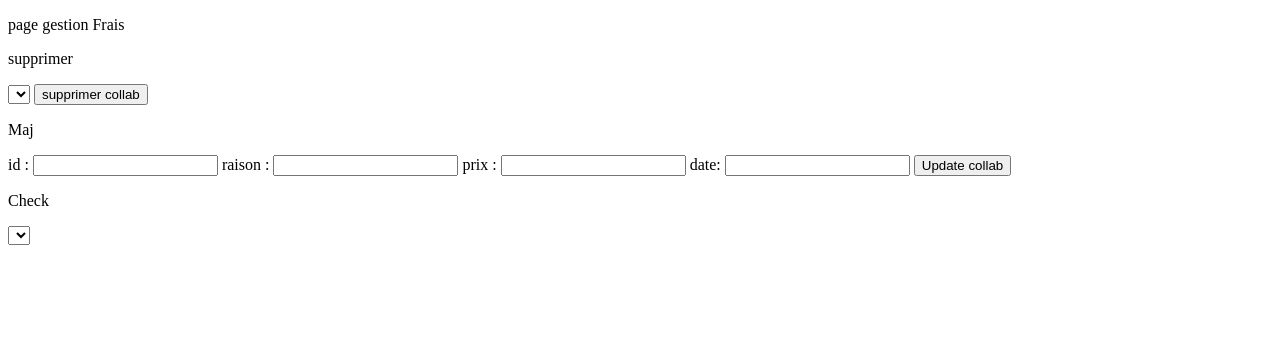
Repository: Shakibaei-2020/CRA_JEE_FINAL
Page: http://localhost/jee_crainfocom/ControleAdminGestionFrais
An editor plug-in stored every save of this project. The page is shown before and after the next save, followed by the edit.
The browser window is 1280 px wide. The pictures show the whole page.
The page is served by Tomcat 9. Queries for data that is not in the repository find no rows.

Above is the page before, as saved 2021-04-08 09:46:16.

After the next save:
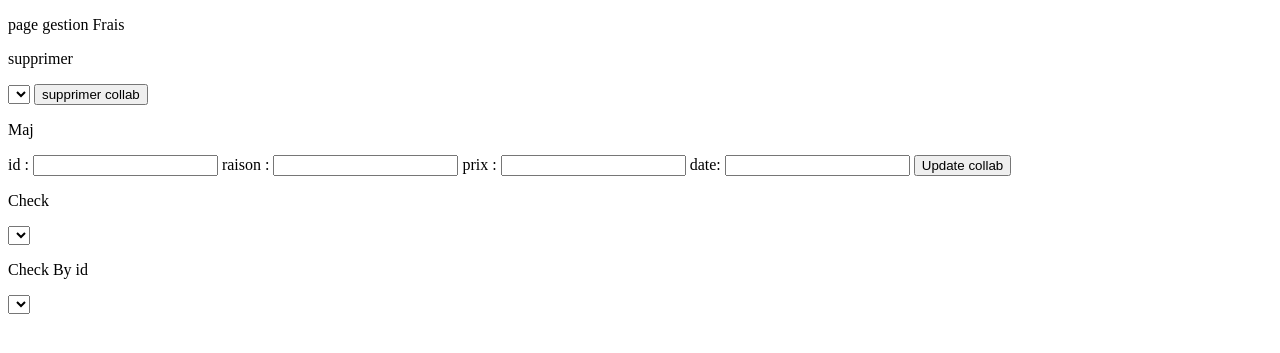
Saved 36 s later.
--- a/CRA_JEE_FINAL/jee_crainfocom/src/main/webapp/WEB-INF/PageAdminGestionFrais.jsp
+++ b/CRA_JEE_FINAL/jee_crainfocom/src/main/webapp/WEB-INF/PageAdminGestionFrais.jsp
@@ -51,4 +51,14 @@
 		</select>
 
 </body>
+
+<p>Check By id</p>
+
+		<select>
+     	<c:forEach   items="${ tabNoteDeFrais }" var="tabCollab" varStatus="status">
+        <p> <option method="get" action="ControleAdminGestionCollab"  ><c:out value="${tabNoteDeFrais}"></option></c:out ></p>
+		</c:forEach>
+		</select>
+
+</body>
 </html>
